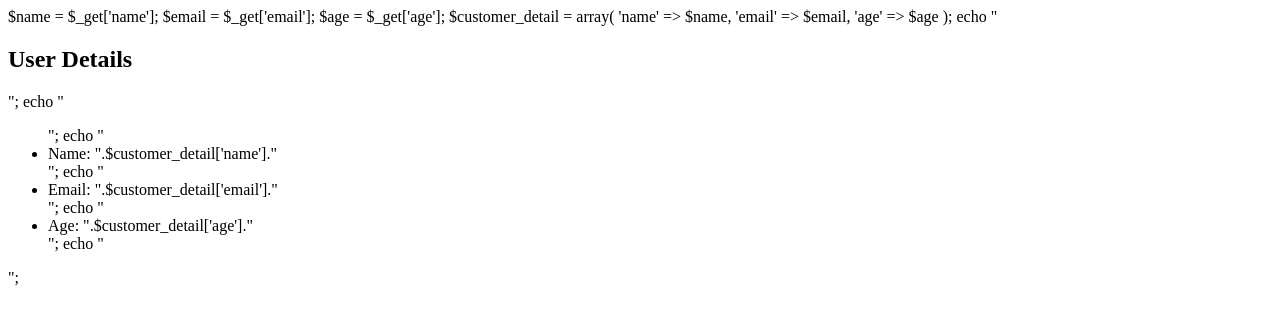
Repository: Haakim19/web-dev
Page: http://localhost/form.php
These files come from the project's save history. The page is drawn as it stood at one moment and after the next save; the edit follows.
The browser window is 1280 px wide. The pictures show the whole page.
The page is run by PHP 8.4 with error messages shown; the project is at /var/www/html/.

Above is the page before, as saved 2024-06-02 11:32:11.

After the next save:
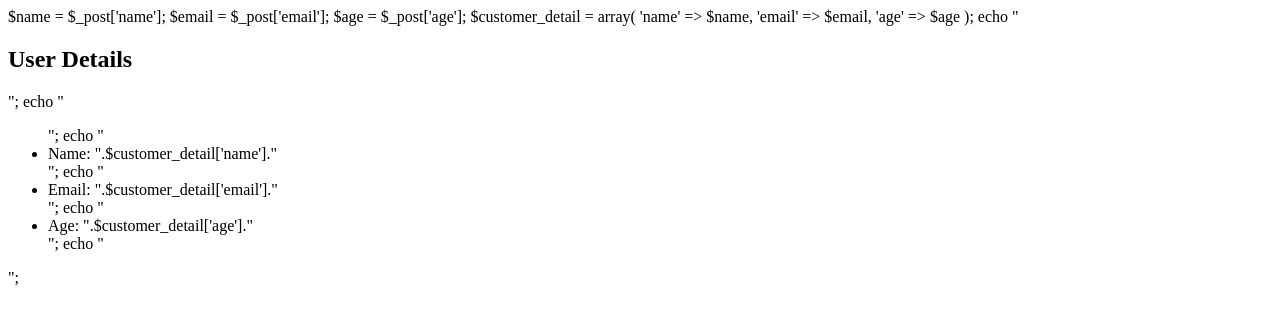
Saved 99 s later.
--- a/form.php
+++ b/form.php
@@ -1,6 +1,6 @@
-$name = $_get['name'];
-$email = $_get['email'];
-$age = $_get['age'];
+$name = $_post['name'];
+$email = $_post['email'];
+$age = $_post['age'];
 
 $customer_detail = array(
     'name' => $name,
